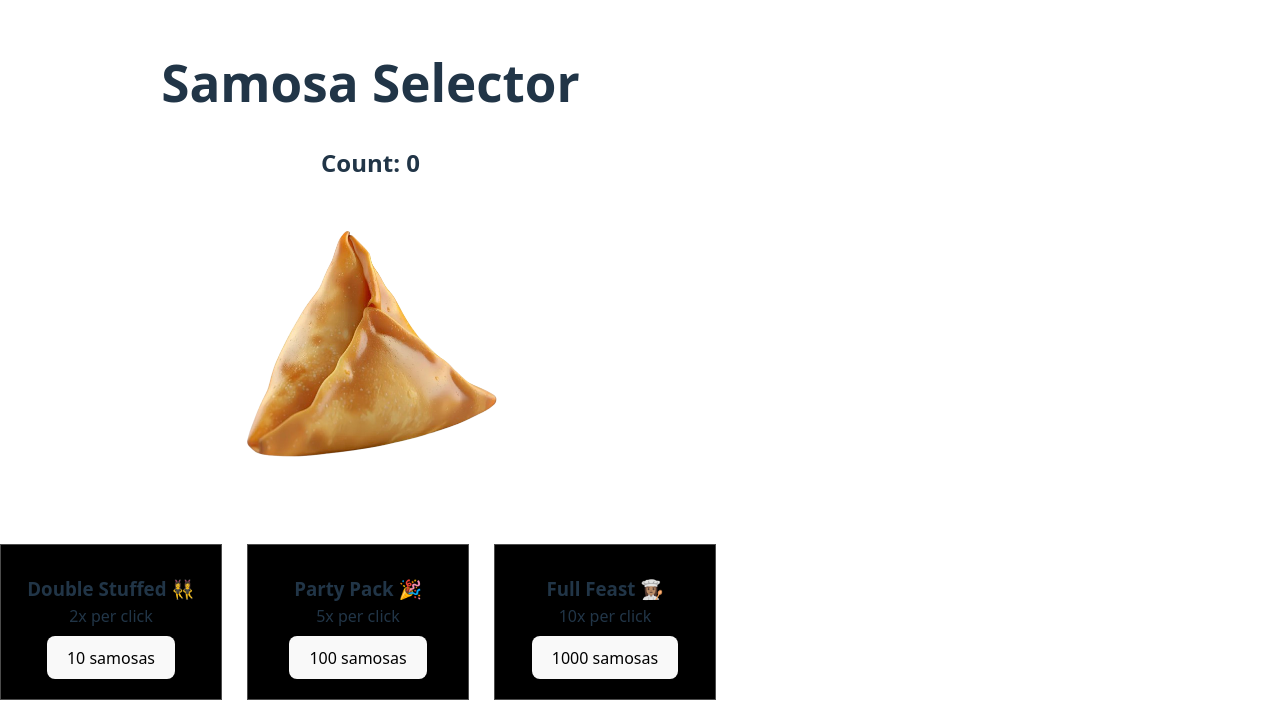
Repository: kvi1/Web102-Labs
Page: / (app in samosa-selector/)
These files come from the project's save history. The page is drawn as it stood at one moment and after the next save; the edit follows.
The browser window is 1280 px wide. The pictures show the whole page.
The project was rebuilt for these pictures with package versions that can differ from the ones it lists, and the page was loaded fresh each time. Also part of the build but not shown: samosa-selector/vite.config.js.

Above is the page before, as saved 2025-03-01 14:21:08.

### samosa-selector/src/App.jsx
import './App.css';
import React, {useState} from 'react'
import samosa from './samosa.png'

const App = () => {
  const [count, setCount] = useState(0);
  const [multiplier, setMultiplier] = useState(1);

  const updateCount = () =>{
    setCount(count + multiplier);
  }
  return(
    <div className = "App">
      <div className = "header">
        <h1>Samosa Selector</h1>
        <h2>Count: {count}</h2>
        <img className = "samosa" src = {samosa} onClick = {updateCount}></img>
      </div>
      <div className = "container">
        <div className = "upgrade">
          <h3>Double Stuffed 👯‍♀️</h3>
          <p>2x per click</p>
          <button>10 samosas</button>
        </div>

        <div className = "upgrade">
          <h3>Party Pack 🎉</h3>
          <p>5x per click</p>
          <button>100 samosas</button>
        </div>

        <div className = "upgrade">
          <h3>Full Feast 👩🏽‍🍳</h3>
          <p>10x per click</p>
          <button>1000 samosas</button>
        </div>

      </div>
    </div>
  )
}

export default App

### samosa-selector/src/App.css
.App{
  display:flex;
  flex-direction: column;
  align-items: center;
  justify-content: center;
  text-align: center;
}

.App .samosa{
  height: 15em;
  padding: 1.5em;
  margin: 0 auto;
  text-align: center;
  cursor: pointer;
}

.App .container{
  margin-top: 50px;
  display: flex;

}

.App .container .upgrade{
  border: 1px solid rgba(153, 153, 153, 0.497);
  padding-top: 20px;
  padding-bottom: 20px;
  padding-left: 10px;
  padding-right: 10px;
  margin-right: 25px;
  width: 200px;
  line-height: 0.5;
  background: black;

}

Loaded but not shown: samosa-selector/index.html (common file); samosa-selector/src/main.jsx (common file); samosa-selector/src/index.css (common file)

After the next save:
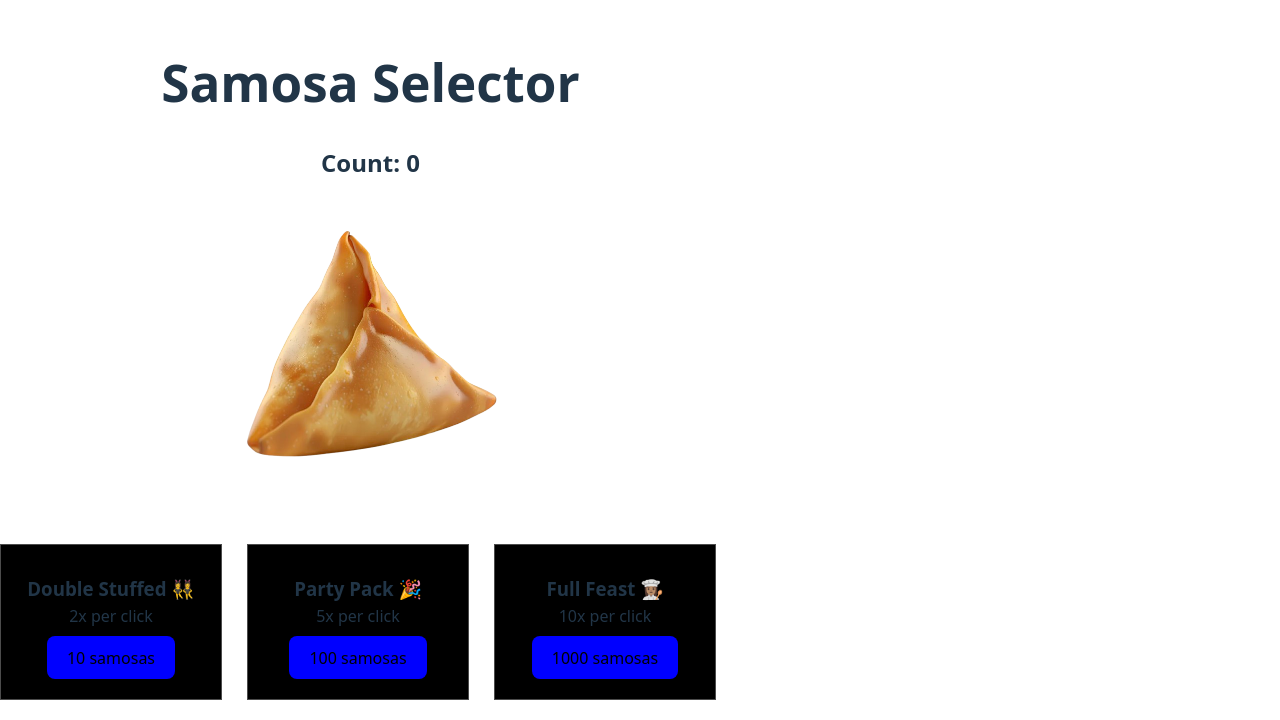
Saved 38 s later.
--- a/samosa-selector/src/App.css
+++ b/samosa-selector/src/App.css
@@ -32,3 +32,7 @@
   background: black;
 
 }
+
+.App .container .upgrade button{
+  background: blue;
+}
